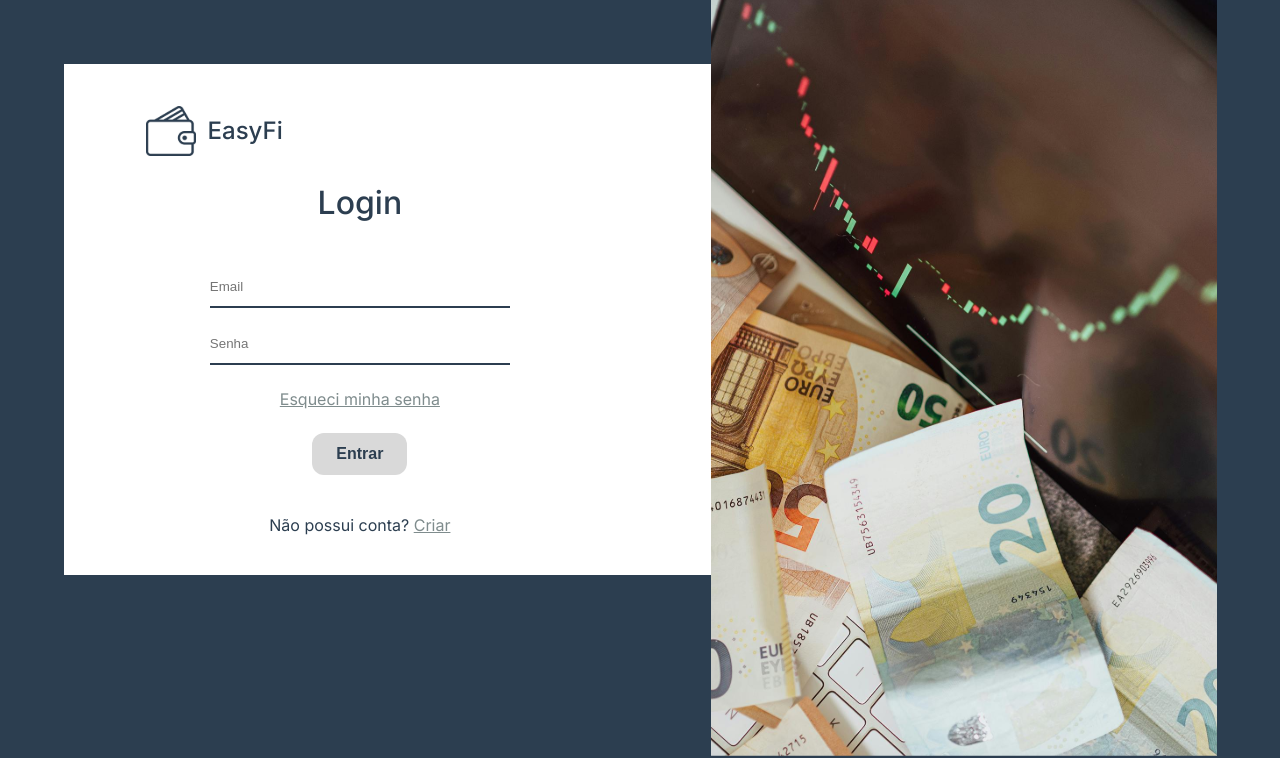
Repository: Ingridiag/projeto-engenharia
Page: login.html
An editor plug-in stored every save of this project. The page is shown before and after a run of saves, followed by the edit.
The browser window is 1280 px wide. The pictures show the whole page.

Above is the page before, as saved 2024-10-28 16:40:27.

### login.html
<!DOCTYPE html>
<html lang="pt">

<head>
    <meta charset="UTF-8">
    <meta name="viewport" content="width=device-width, initial-scale=1.0">
    <link rel="preconnect" href="https://fonts.googleapis.com">
<link rel="preconnect" href="https://fonts.gstatic.com" crossorigin>
<link href="https://fonts.googleapis.com/css2?family=Inter:ital,opsz,wght@0,14..32,100..900;1,14..32,100..900&display=swap"
rel="stylesheet">
    <link rel="stylesheet" href="style.css">
    <title>Login</title>
</head>

<body>
    <div class="container">

        <!-- Tela Login -->
        <div class="login">
            <div class="primeira-coluna">
                <div class="logo">
                    <img src="imagens/logo-azul 1.svg" alt="logo">
                    <h1>EasyFi</h1>
                </div>
                <div class="formulario">
                    <h1 class="title">Login</h1>
                    <form >
                        <input type="email" placeholder="Email">
                        <input type="password" placeholder="Senha">
                    </form>
                    <div class="uses">
                        <a href="#" class="link">Esqueci minha senha</a>

                    </div>
                    <div class="btn-default">
                        <button>
                            Entrar
                        </button>
                    </div>
                    <div >
                        <p>Não possui conta?
                            <span>
                                <a href="#" class="link">Criar</a>
                            </span>
                        </p>
                    </div>
                </div>
            </div>
            <div class="decor">
                <h3 class="mensagem">
                    facilite a organização dos seus gastos
                </h3>
                <img src="imagens/imagem_background.svg" alt="imagem_background">
            </div>
        </div>



        <div class="cadastro">
            <!-- Tela Cadastro -->
            <div class="decor">
                <h3 class="mensagem">
                    facilite a organização dos seus gastos
                </h3>
            </div>

            <div class="primeira-coluna">
                <div class="logo">
                    <img src="imagens/logo-azul 1.svg" alt="logo">
                    <h1>EasyFi</h1>
                </div>
                <div class="formulario">
                    <h1 class="title">Criar Conta</h1>
                    <form >
                        <input type="text" placeholder="Nome">
                        <input type="email" placeholder="Email">
                        <input type="password" placeholder="Senha">
                        <input type="password" placeholder=" Confirmar senha">
                    </form>
                    <div>
                        <a href="#" class="link">Esqueci minha senha</a>

                    </div>
                    <div class="btn-default">
                        <button>
                            Entrar
                        </button>
                    </div>
                    <div class="uses">
                        <p>Já possui conta?
                            <span>
                                <a href="#" class="link">Login</a>
                            </span>
                        </p>
                    </div>
                </div>
            </div>
        </div>


    </div>

</body>

</html>

### style.css
body {
    margin: 0;
    padding: 0;
    box-sizing: border-box;
    background: #2C3E50;
    font-family: "Inter", sans-serif;
}

.container {
    display: flex;
    justify-content: center;
    align-items: center;
    margin: 5%;
}

.login {
    width: 100%;
    height: 55vh;
    padding: 5%;
    display: flex;
    align-items: center;
    background: #fff;
    justify-content: space-between;
}

.primeira-coluna {
    width: 70%;
    display: flex;
    flex-direction: column;
    justify-content: center;
    /* background: #909090; */
}

.logo {
    display: flex;
    gap: 12px;
    align-items: center;
    padding: 12px 24px 0;
    color: #2C3E50;

    h1 {
        font-size: 24px;
        font-weight: 500;
    }
    img{
        width: 50px;

    }

}

.formulario {
    display: flex;
    flex-direction: column;
    align-items: center;
    gap: 24px;
    color: #2C3E50;
    h1{
        font-weight: 500;}
}

.formulario form {
    display: flex;
    flex-direction: column;
    gap: 16px;
}

.formulario form input {
    width: 300px;
    padding: 12px 0px;
    background: none;
    border: none;
    border-bottom: 2px solid #2C3E50;
    outline: none;
    color: #2C3E50;

}

.formulario a {
    color: #7F8C8D;
}

.btn-default button {
    background: #D9D9D9;
    border: none;
    border-radius: 12px;
    padding: 12px 24px;
    font-size: 16px;
    transition: 0.2s ease;
    cursor: pointer;
    color: #2C3E50;
    font-weight: 600;
}

.btn-default button:hover {
    background: #F4EEEE;
    color: #577695;
    transform: scale(1.1);
}
.decor{
   display: flex;
   img{
    width: 100%;
    height: 80%;
   }
}

.cadastro {
    display: none;
    flex-direction: column;
    position: relative;
}

After the next 2 saves:
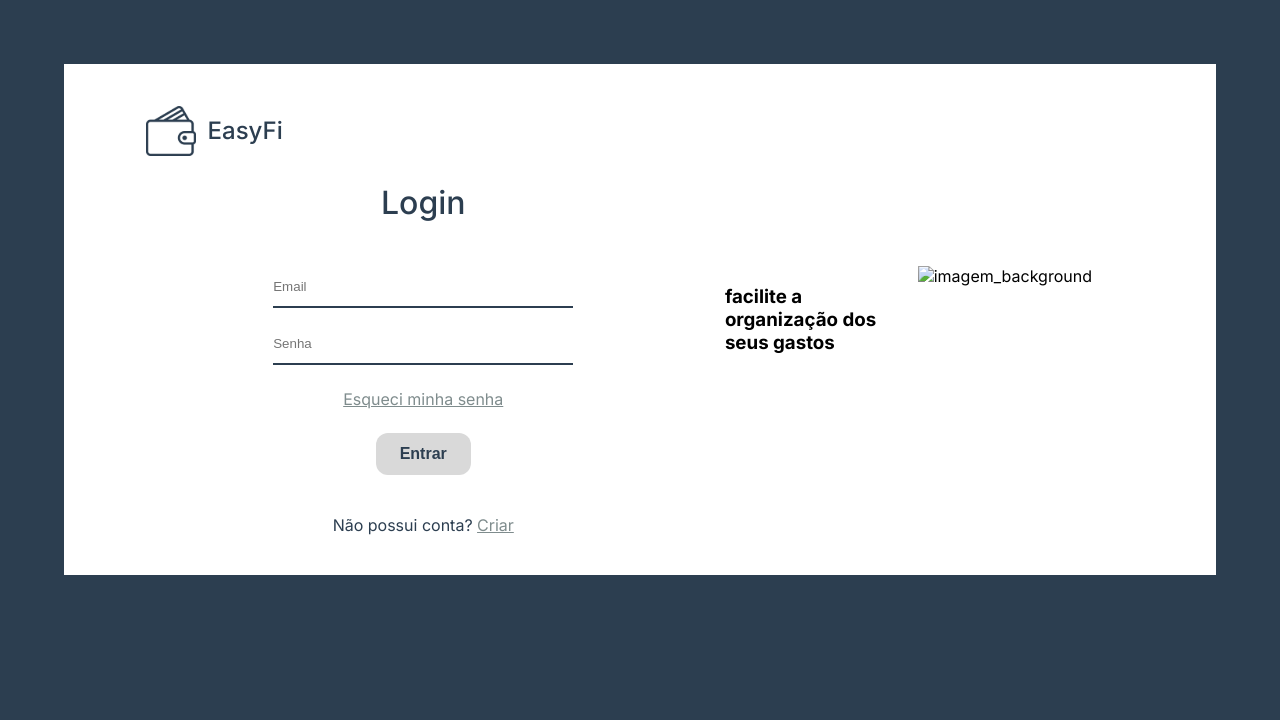
The 2 saves are shown as one change because they came seconds apart.
The last was saved 12 s later.
--- a/login.html
+++ b/login.html
@@ -50,7 +50,7 @@ rel="stylesheet">
                 <h3 class="mensagem">
                     facilite a organização dos seus gastos
                 </h3>
-                <img src="imagens/imagem_background.svg" alt="imagem_background">
+                <img width100%="imagens/imagem_background.svg" alt="imagem_background">
             </div>
         </div>
 

After the 5 saves that followed:
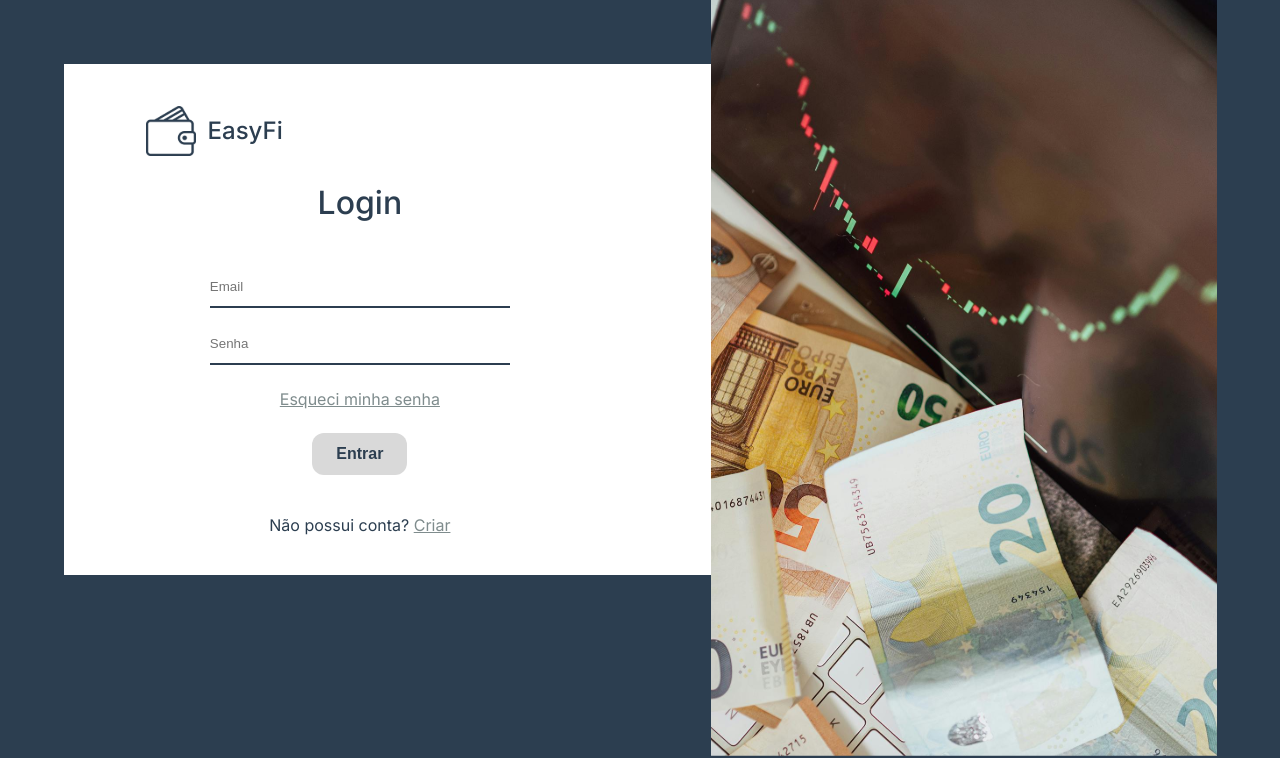
The 5 saves are shown as one change because they came seconds apart.
The last was saved 12 s later.
--- a/login.html
+++ b/login.html
@@ -50,7 +50,7 @@ rel="stylesheet">
                 <h3 class="mensagem">
                     facilite a organização dos seus gastos
                 </h3>
-                <img width100%="imagens/imagem_background.svg" alt="imagem_background">
+                <img width="100%" src="imagens/imagem_background.svg" alt="imagem_background">
             </div>
         </div>
 
